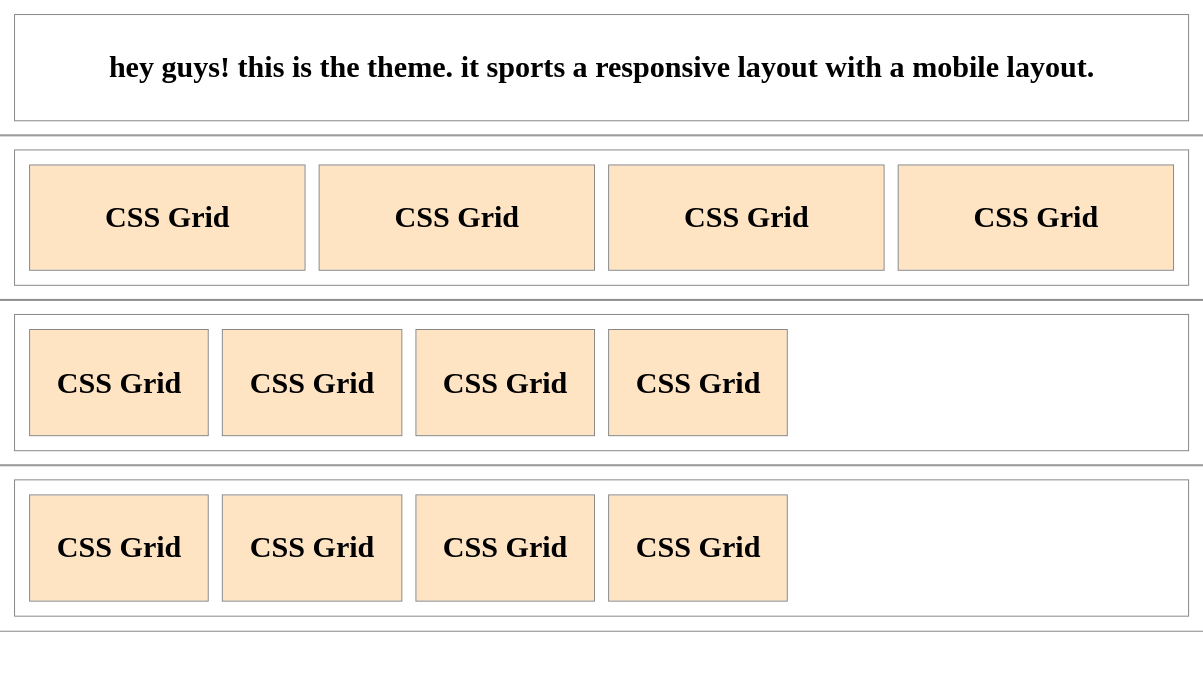
Repository: jjennbui/MDIA2003G-Assignment03B
Page: index.html
These files come from the project's save history. The page is drawn as it stood at one moment and after a run of saves; the edit follows.
The browser window is 1280 px wide. The pictures show the whole page, at 94% of full size.

Above is the page before, as saved 2023-01-24 20:04:09.

### index.html
<!doctype html>
<html class="no-js" lang="">

<head>
  <meta charset="utf-8">
  <title></title>
  <meta name="description" content="">
  <meta name="viewport" content="width=device-width, initial-scale=1">

  <meta property="og:title" content="">
  <meta property="og:type" content="">
  <meta property="og:url" content="">
  <meta property="og:image" content="">

  <link rel="manifest" href="site.webmanifest">
  <link rel="apple-touch-icon" href="icon.png">
  <!-- Place favicon.ico in the root directory -->

  <link rel="stylesheet" href="css/normalize.css">
  <link rel="stylesheet" href="css/main.css">

  <meta name="theme-color" content="#fafafa">
</head>

<body>

  <div class="SECTION-ONE">
    <div class="row">
     <h1>hey guys! this is the theme. it sports a responsive layout with a mobile layout.</h1>
    </div>
  </div>

  <div class="SECTION-TWO">
    <div class="row m-row-2">
      <div class="col">
        <h1>CSS Grid</h1>
      </div>
      <div class="col">
        <h1>CSS Grid</h1>
      </div>
      <div class="col">
        <h1>CSS Grid</h1>
      </div>
      <div class="col">
        <h1>CSS Grid</h1>
      </div>
    </div>
  </div>

<div class="SECTION-THREE">
  <div class="row m-row-3">
    <div class="col m-row-span">
      <h1>CSS Grid</h1>
    </div>
    <div class="col">
      <h1>CSS Grid</h1>
    </div>
    <div class="col">
      <h1>CSS Grid</h1>
    </div>
    <div class="col">
      <h1>CSS Grid</h1>
    </div>
  </div>
</div>

<div class="SECTION-THREE">
  <div class="row m-row-3">
    <div class="col m-row-span">
      <h1>CSS Grid</h1>
    </div>
    <div class="col">
      <h1>CSS Grid</h1>
    </div>
    <div class="col">
      <h1>CSS Grid</h1>
    </div>
    <div class="col">
      <h1>CSS Grid</h1>
    </div>
  </div>
</div>

</body>

</html>

### css/main.css














*,
*:before,
*:after {
  box-sizing: border-box;
}

img{
  width: 100%;
}




div,
main,
section,
footer,
main,
header {
  outline: 1px solid grey;
  min-height: 1rem;
  padding: 1rem;

}

.row{
  display: grid;
  row-gap: 1rem;

}

.col{
  position: relative;
  background-color: bisque;
}

.row{
  max-width: 200rem;
  column-gap: 1rem;
  row-gap: 1rem;
  text-align: center;
}

/* Small only */
@media screen and (max-width: 39.9375em) {}

/* Medium and up */
@media screen and (min-width: 40em) {

  .m-row-2{
    grid-template-columns: 1fr 1fr;
  }

  .m-row-3{
    grid-template-columns: repeat(3, 1fr);
  }

}


/* Medium only */
@media screen and (min-width: 40em) and (max-width: 63.9375em) {}

/* Large and up */
@media screen and (min-width: 64em) {
  .m-row-2{
    grid-template-columns: repeat(4, 1fr);
  }

  .m-row-3{
    grid-template-columns: repeat(6, 1fr) ;
  }


}

/* Large only */
@media screen and (min-width: 64em) and (max-width: 74.9375em) {

}

Loaded but not shown: css/normalize.css (library)

After the next 2 saves:
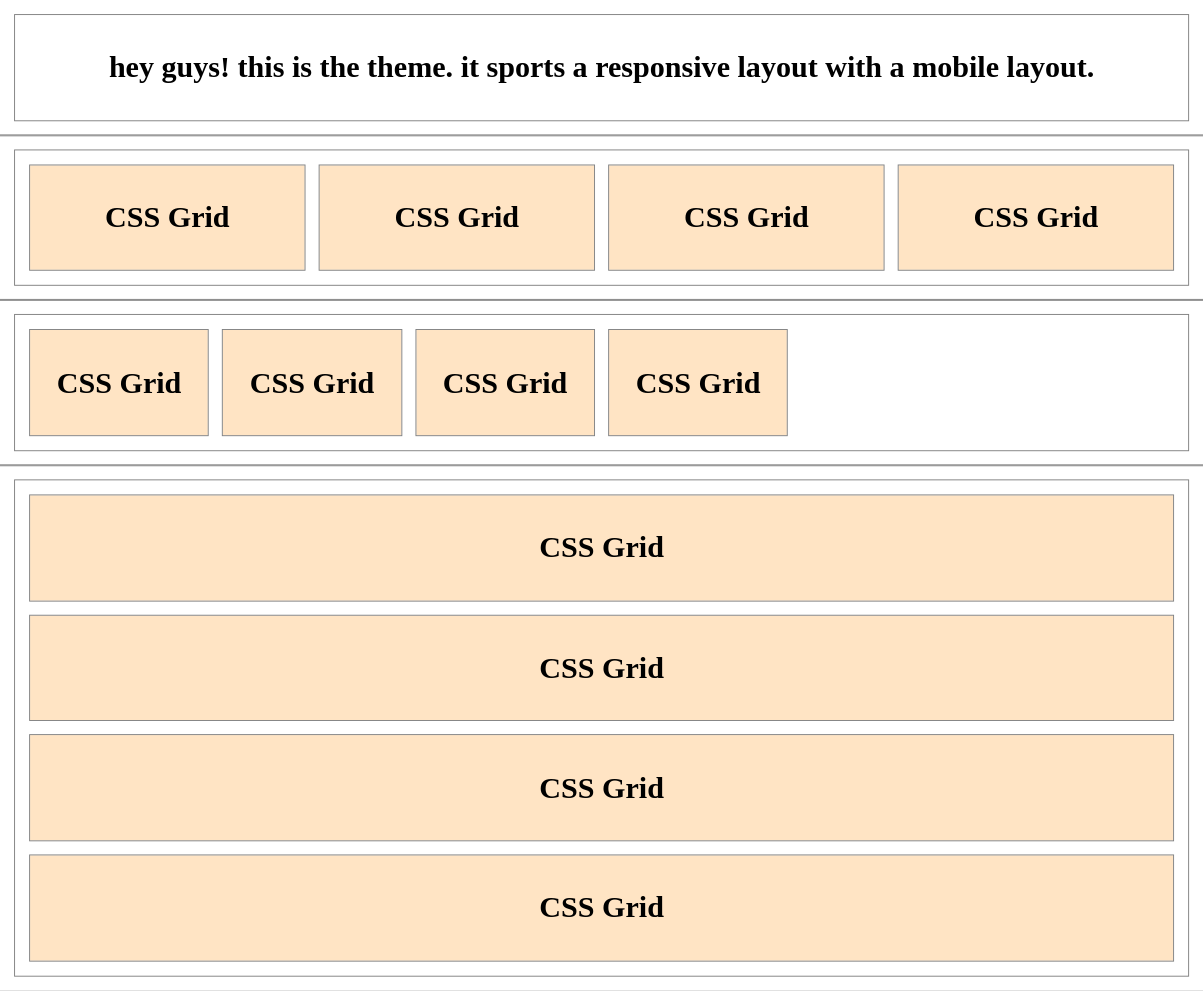
The 2 saves are shown as one change because they came seconds apart.
The last was saved 8 s later.
--- a/index.html
+++ b/index.html
@@ -64,8 +64,8 @@
   </div>
 </div>
 
-<div class="SECTION-THREE">
-  <div class="row m-row-3">
+<div class="SECTION-FOUR">
+  <div class="row m-row-4">
     <div class="col m-row-span">
       <h1>CSS Grid</h1>
     </div>
